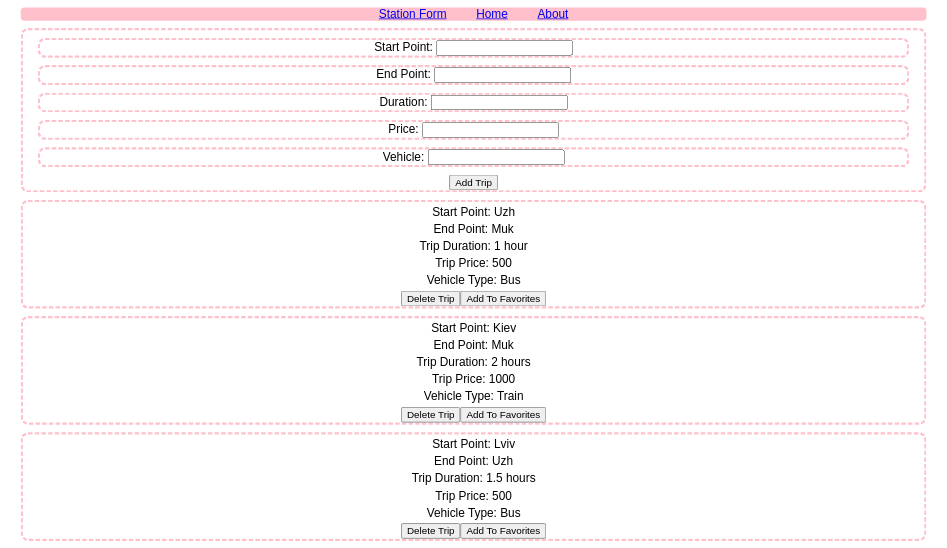
Repository: rutsguifd/mkr2
Page: /#/station-form
The author's editor kept a copy of each file at every save. The page is drawn from the files as they stood at one save, then again after the next save.
The browser window is 1280 px wide. The pictures show the whole page, at 74% of full size.
The project was rebuilt for these pictures with package versions that can differ from the ones it lists, and the page was loaded fresh each time. Also part of the build but not shown: src/views/Home.vue, src/views/About.vue, src/components/FavoriteTrips.vue.

Above is the page before, as saved 2021-12-21 22:16:04.

### src/App.vue
<template>
  <div>
    <router-view />
  </div>
</template>

<script>
  export default {

  }
</script>

<style lang="scss" scoped>

</style>

### src/router/index.js
import { createRouter, createWebHashHistory } from 'vue-router'
import Home from '../views/Home.vue'
import About from '../views/About.vue'
import StationForm from '../views/StationForm.vue'


const routes = [
  {
    path: '/',
    name: 'Home',
    component: Home
  },
  {
    path: '/about',
    name: 'About',
    component: About
  },
  {
    path: '/station-form',
    name: 'StationForm',
    component: StationForm
  }
]

const router = createRouter({
  history: createWebHashHistory(),
  routes
})

export default router

### src/store/index.js
import { createStore } from 'vuex'

export default createStore({
  state: {
    tripInfo: [
      {
        id: 1,
        tripStart: "Uzh",
        tripEnd: "Muk",
        tripDuration: "1 hour",
        tripPrice: "500",
        vehicle: "Bus"
      },
      {
        id: 2,
        tripStart: "Kiev",
        tripEnd: "Muk",
        tripDuration: "2 hours",
        tripPrice: "1000",
        vehicle: "Train"
      },
      {
        id: 3,
        tripStart: "Lviv",
        tripEnd: "Uzh",
        tripDuration: "1.5 hours",
        tripPrice: "500",
        vehicle: "Bus"
      }
    ],
    favoriteTrips: []
  },
  mutations: {
    addTrip(state, trip) {
      state.tripInfo.push({
        tripStart: trip.start,
        tripEnd: trip.end,
        tripDuration: trip.dur,
        tripPrice: trip.price,
        vehicle: trip.veh
      })
    },
    deleteTrip(state, ind) {
      state.tripInfo.splice(ind, 1)
    },
    addToFavorites(state, trip) {
      state.favoriteTrips.push({
        tripStart: trip.start,
        tripEnd: trip.end,
        tripDuration: trip.dur,
        tripPrice: trip.price,
        vehicle: trip.veh
      });
      console.log(state.favoriteTrips)
    }
  },
  actions: {},
  getters: {
    AllTrips(state) {
      return state.tripInfo
    },
    AllFavoriteTrips(state) {
      return state.favoriteTrips
    }
  }
})

### src/views/StationForm.vue
<template>
    <div>
        <Header />
        <AddTrip />
        <trip-card />
        <favorite-trips  v-for="(trip) in AllFavoriteTrips" :key="trip.id"/>
    </div>
</template>

<script>
import { mapGetters } from "vuex";
import FavoriteTrips from '../components/FavoriteTrips.vue'
import AddTrip from '../components/AddTrip.vue'
import Header from '../components/Header.vue'
import TripCard from '../components/TripCard.vue'
    export default {
        name: "StationForm",
        components: {
            TripCard,
            Header,
            AddTrip,
            FavoriteTrips
        },
        computed: mapGetters(["AllFavoriteTrips"]),
    }
</script>

<style lang="scss" scoped>
* {
  margin: 0;
  padding: 0;
  box-sizing: border-box;
  font-family: "Fira Sans", sans-serif;
}
</style>

### src/components/Header.vue
<template>
  <div class="header">
    <span><router-link to="/station-form">Station Form</router-link></span>
    <span><router-link to="/">Home</router-link></span>
    <span><router-link to="/about">About</router-link></span>
  </div>
</template>

<script>
export default {};
</script>

<style lang="scss" scoped>
.header{
    text-align: center;
    margin: 10px 20px;
    background: pink;
    border-radius: 5px;
    span{
        margin: 0px 20px;
    }
}
</style>

### src/components/AddTrip.vue
<template>
  <div class="add">
    <div>
      <label>
        Start Point:
        <input type="text" v-model="tripStart" />
      </label>
    </div>
    <div>
      <label>
        End Point:
        <input type="text" v-model="tripEnd" />
      </label>
    </div>
    <div>
      <label>
        Duration:
        <input type="text" v-model="tripDuration" />
      </label>
    </div>
    <div>
      <label>
        Price:
        <input type="text" v-model="tripPrice" />
      </label>
    </div>
    <div>
      <label>
        Vehicle:
        <input type="text" v-model="vehicle" />
      </label>
    </div>
    <button @click="add">Add Trip</button>
  </div>
</template>

<script>
import { mapMutations } from "vuex";
export default {
  data() {
    return {
      tripStart: "",
      tripEnd: "",
      tripDuration: "",
      tripPrice: "",
      vehicle: "",
    };
  },
  methods: {
    ...mapMutations(["addTrip"]),
    add() {
      this.addTrip({
        id: Date.now(),
        start: this.tripStart,
        end: this.tripEnd,
        dur: this.tripDuration,
        price: this.tripPrice,
        veh: this.vehicle,
      }),
        (this.tripStart = "");
      this.tripEnd = "";
      this.tripDuration = "";
      this.tripPrice = "";
      this.vehicle = "";
    },
  },
};
</script>

<style lang="scss" scoped>
.add {
    border: 3px dashed pink;
    border-radius: 10px;
    margin: 10px 20px;
    text-align: center;
  div {
      border: 3px dashed pink;
    border-radius: 10px;
    margin: 10px 20px;
  }
}
</style>

### src/components/TripCard.vue
<template>
  <div v-for="(trip, ind) in AllTrips" :key="trip.id">
    <div class="card">
      <div>Start Point: {{ trip.tripStart }}</div>
      <div>End Point: {{ trip.tripEnd }}</div>
      <div>Trip Duration: {{ trip.tripDuration }}</div>
      <div>Trip Price: {{ trip.tripPrice }}</div>
      <div>Vehicle Type: {{ trip.vehicle }}</div>
      <button @click="del(ind)">Delete Trip</button>
      <button @click="favorite">Add To Favorites</button>
    </div>
  </div>
</template>

<script>
import { mapMutations, mapGetters } from "vuex";
export default {
  name: "TripCard",
  props: ["trip"],
  methods: {
    ...mapMutations(["deleteTrip"]),
    ...mapMutations(["addToFavorites"]),
    del(ind) {
      this.deleteTrip(ind);
    },
    favorite() {
        this.addToFavorites({
        id: Date.now(),
        start: this.trip.tripStart,
        end: this.trip.tripEnd,
        dur: this.trip.tripDuration,
        price: this.trip.tripPrice,
        veh: this.trip.vehicle,
        })
    }
  },
  computed: mapGetters(["AllTrips"]),
};
</script>

<style lang="scss" scoped>
.card {
  text-align: center;
  margin: 10px 20px;
  border: 3px dashed pink;
  border-radius: 10px;
  div {
    margin: 5px 0px;
  }
}
</style>

Loaded but not shown: public/index.html (common file); src/main.js (common file)

After the next save:
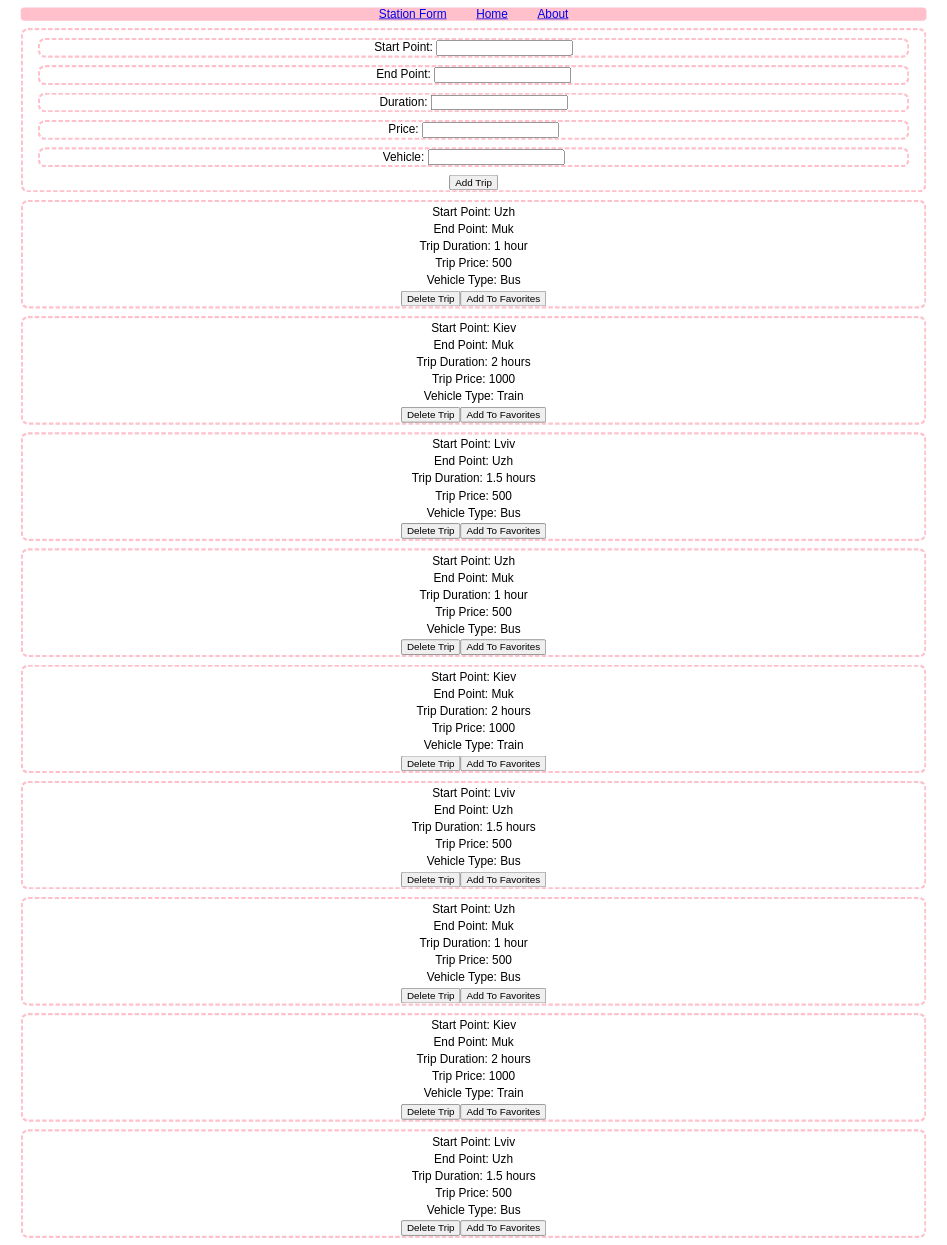
Saved 2 min 2 s later.
--- a/src/views/StationForm.vue
+++ b/src/views/StationForm.vue
@@ -2,7 +2,7 @@
     <div>
         <Header />
         <AddTrip />
-        <trip-card />
+        <trip-card  v-for="(trip, ind) in AllTrips" :key="ind" />
         <favorite-trips  v-for="(trip) in AllFavoriteTrips" :key="trip.id"/>
     </div>
 </template>
@@ -21,7 +21,10 @@ import TripCard from '../components/TripCard.vue'
             AddTrip,
             FavoriteTrips
         },
-        computed: mapGetters(["AllFavoriteTrips"]),
+        computed:{
+            ...mapGetters(["AllFavoriteTrips"]),
+            ...mapGetters(["AllTrips"])
+        }
     }
 </script>
 
